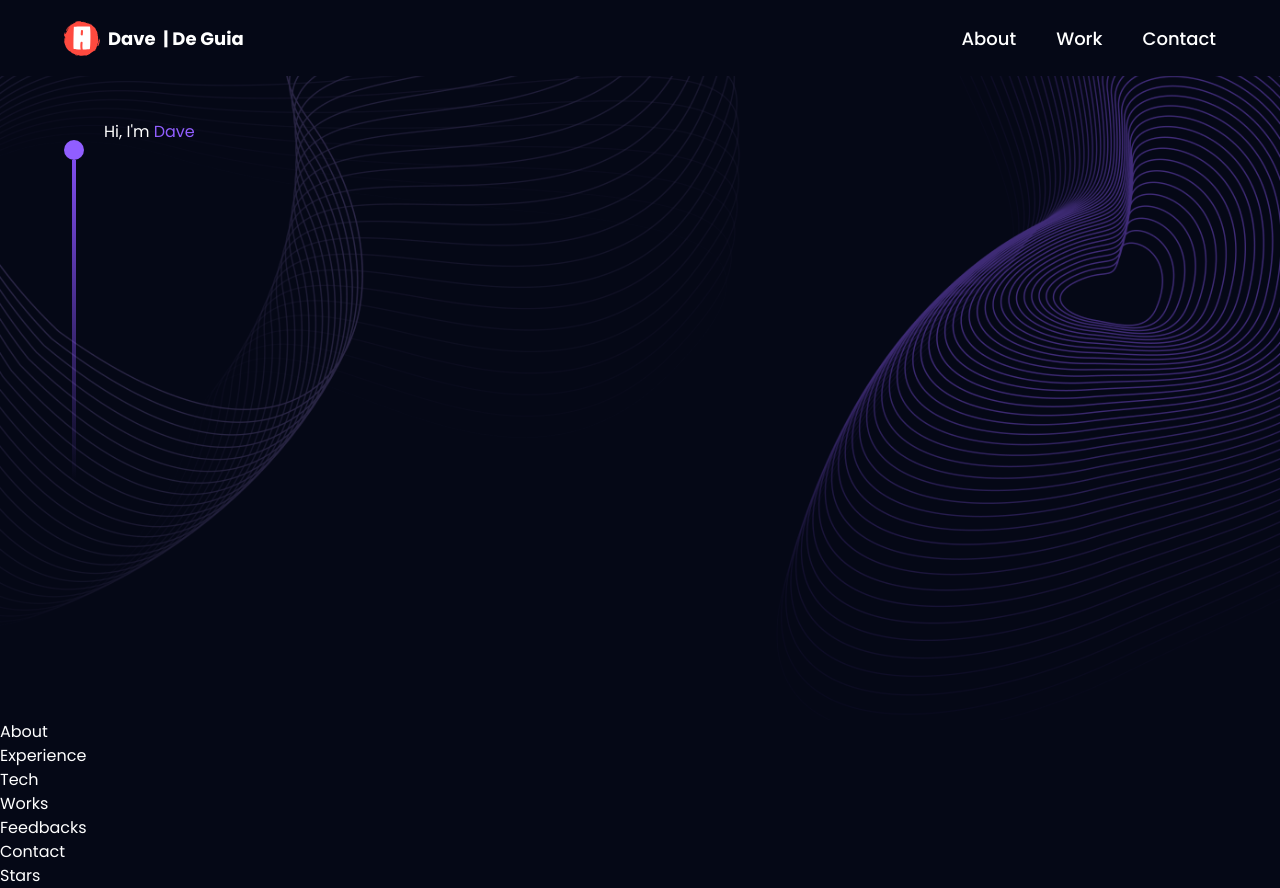
Repository: davedeguia/3d-portfolio
Page: /
An editor plug-in stored every save of this project. The page is shown before and after the next save, followed by the edit.
The browser window is 1280 px wide. The pictures show the whole page.
The project was rebuilt for these pictures with package versions that can differ from the ones it lists, and the page was loaded fresh each time. Also part of the build but not shown: vite.config.js, src/components/canvas/Earth.jsx, src/components/canvas/Ball.jsx, src/components/canvas/Computers.jsx.

Above is the page before, as saved 2023-03-04 16:58:12.

After the next save:
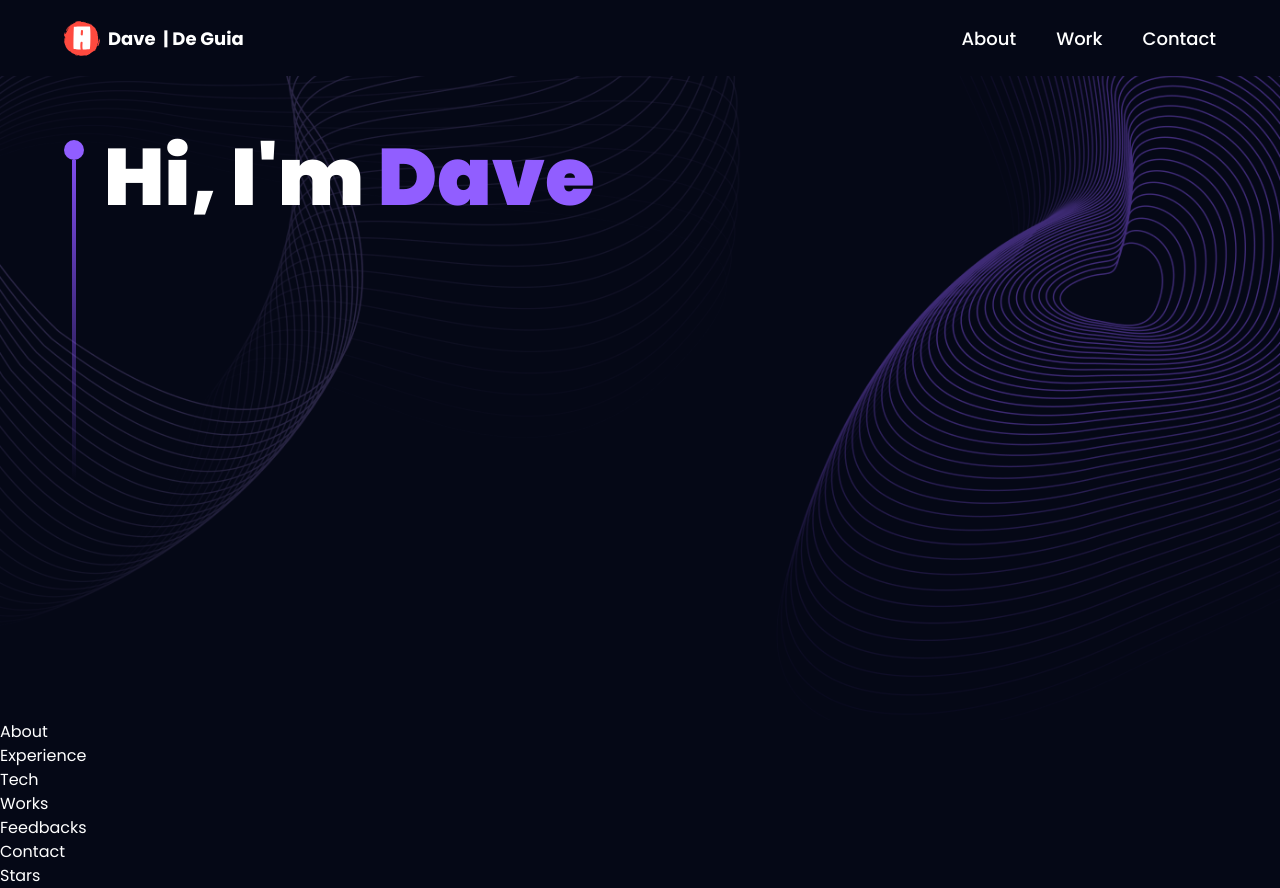
Saved 18 s later.
--- a/src/components/Hero.jsx
+++ b/src/components/Hero.jsx
@@ -14,7 +14,7 @@
           <div className='w-1 sm:h-80 h-40 violet-gradient' />
         </div>
         <div>
-          <h1 className='{`${styles.heroHeadText}}'>
+          <h1 className={`${styles.heroHeadText} text-white`}>
             Hi, I'm <span className='text-[#915eff]'>Dave</span>
           </h1>
         </div>
